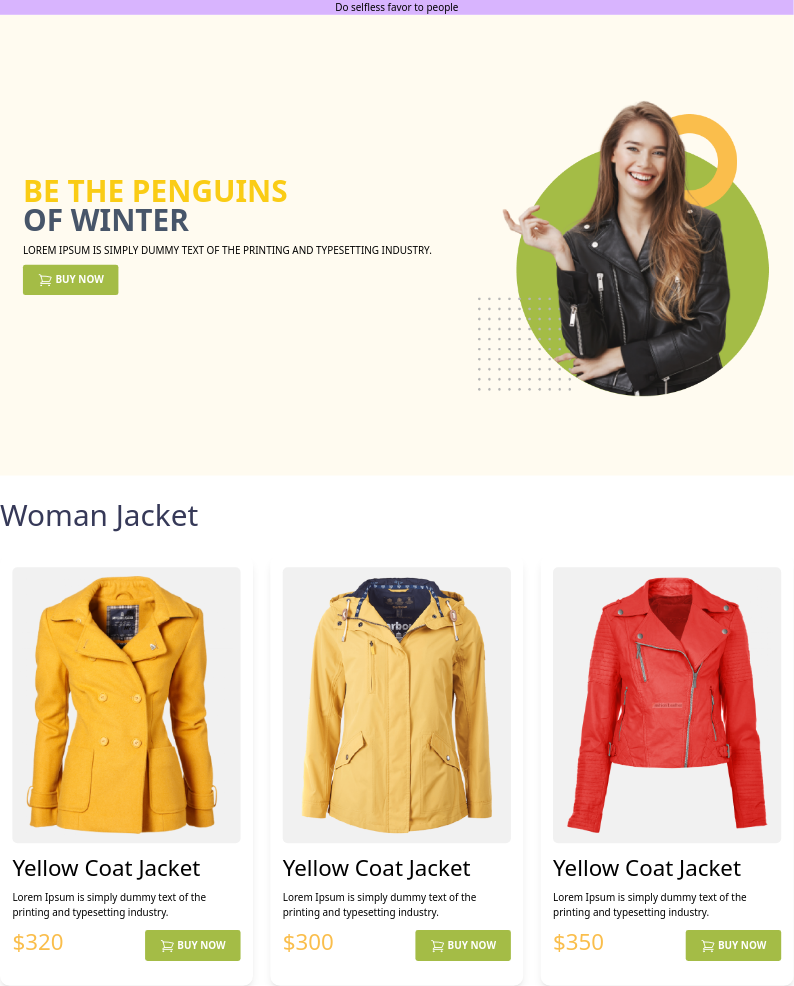
Repository: zjria/penguin-e-commerce-fashion
Page: index.html
These files come from the project's save history. The page is drawn as it stood at one moment and after the next save; the edit follows.
The browser window is 1280 px wide. The pictures show the whole page, at 62% of full size.
Some web libraries are served in a nearby version.

Above is the page before, as saved 2022-10-07 08:53:30.

### index.html
<!DOCTYPE html>
<html lang="en">

<head>
    <meta charset="UTF-8">
    <meta http-equiv="X-UA-Compatible" content="IE=edge">
    <meta name="viewport" content="width=device-width, initial-scale=1.0">
    <title>Penguin E-commerce</title>
    <!-- Google Fonts Link -->
    <link rel="preconnect" href="https://fonts.googleapis.com">
    <link rel="preconnect" href="https://fonts.gstatic.com" crossorigin>
    <link href="https://fonts.googleapis.com/css2?family=Bebas+Neue&family=Roboto:wght@100;300;400;500&display=swap"
        rel="stylesheet">

    <!-- Tailwind CSS CDN link -->
    <script src="https://cdn.tailwindcss.com"></script>
    <script>
        tailwind.config = {
            theme: {
                extend: {
                    colors: {
                        clifford: '#da373d',
                        header_bg: '#FFFBF0',
                        main_text_color: '#363958',
                        price_color: '#FABE4C',
                        card_bg: '#F1F1F1',
                        full_card_bg: '#FFFFFF'
                    }
                }
            }
        }
    </script>
</head>

<body>
    <h2 class="bg-purple-300 text-center font-header_text">Do selfless favor to people</h2>


    <!-- Header Section -->
    <header class="bg-header_bg pb-32 pt-24">
        <section class="container mx-auto uppercase sm:flex items-center justify-around">
            <div class="space-y-3">
                <h1 class="text-2xl sm:text-5xl font-bold font-header_text">
                    <span class="text-yellow-400">Be the Penguins</span> <br>
                    <span class="text-slate-600">of Winter</span>
                </h1>
                <p class="font-anther_text">Lorem Ipsum is simply dummy text of the printing
                    and typesetting industry.</p>
                <button class="uppercase bg-[#A4BC46] py-3 px-6 text-white font-semibold rounded font-anther_text"> <svg
                        xmlns="http://www.w3.org/2000/svg" fill="none" viewBox="0 0 24 24" stroke-width="1.5"
                        stroke="currentColor" class="w-6 h-6 inline text-white">
                        <path stroke-linecap="round" stroke-linejoin="round"
                            d="M2.25 3h1.386c.51 0 .955.343 1.087.835l.383 1.437M7.5 14.25a3 3 0 00-3 3h15.75m-12.75-3h11.218c1.121-2.3 2.1-4.684 2.924-7.138a60.114 60.114 0 00-16.536-1.84M7.5 14.25L5.106 5.272M6 20.25a.75.75 0 11-1.5 0 .75.75 0 011.5 0zm12.75 0a.75.75 0 11-1.5 0 .75.75 0 011.5 0z" />
                    </svg>
                    Buy Now</button>
            </div>
            <div class="pt-8 sm:pt-8">
                <img class=" w-1/2 sm:w-full" src="images/model.png" alt="">
            </div>
        </section>
    </header>

    <!-- Main Section Start -->
    <main>
        <!-- Woman Jacket -->
        <section class="container mx-auto">
            <h2 class="text-5xl my-10 text-main_text_color font-header_text">Woman Jacket</h2>
            <div class="grid md:grid-cols-2 lg:grid-cols-3 gap-7">
                <div class="full_card_bg ">
                    <div class="rounded-2xl shadow-lg p-5">
                        <div class="p-3 bg-card_bg rounded-lg">
                            <img src="images/jacket-1.png" alt="">
                        </div>
                        <div class="py-3">
                            <h3 class="text-4xl py-2">Yellow Coat Jacket</h3>
                            <p class="py-2">Lorem Ipsum is simply dummy text of the
                                printing and typesetting industry.</p>
                            <div class="flex justify-between py-2">
                                <h3 class="text-4xl text-price_color">$320</h3>
                                <button
                                    class="uppercase bg-[#A4BC46] py-3 px-6 text-white font-semibold rounded font-anther_text">
                                    <svg xmlns="http://www.w3.org/2000/svg" fill="none" viewBox="0 0 24 24"
                                        stroke-width="1.5" stroke="currentColor" class="w-6 h-6 inline text-white">
                                        <path stroke-linecap="round" stroke-linejoin="round"
                                            d="M2.25 3h1.386c.51 0 .955.343 1.087.835l.383 1.437M7.5 14.25a3 3 0 00-3 3h15.75m-12.75-3h11.218c1.121-2.3 2.1-4.684 2.924-7.138a60.114 60.114 0 00-16.536-1.84M7.5 14.25L5.106 5.272M6 20.25a.75.75 0 11-1.5 0 .75.75 0 011.5 0zm12.75 0a.75.75 0 11-1.5 0 .75.75 0 011.5 0z" />
                                    </svg>
                                    Buy Now</button>
                            </div>
                        </div>
                    </div>
                </div>
                <div class="full_card_bg ">
                    <div class="rounded-2xl shadow-lg p-5">
                        <div class="p-3 bg-card_bg rounded-lg">
                            <img src="images/jacket-2.png" alt="">
                        </div>
                        <div class="py-3">
                            <h3 class="text-4xl py-2">Yellow Coat Jacket</h3>
                            <p class="py-2">Lorem Ipsum is simply dummy text of the
                                printing and typesetting industry.</p>
                            <div class="flex justify-between py-2">
                                <h3 class="text-4xl text-price_color">$300</h3>
                                <button
                                    class="uppercase bg-[#A4BC46] py-3 px-6 text-white font-semibold rounded font-anther_text">
                                    <svg xmlns="http://www.w3.org/2000/svg" fill="none" viewBox="0 0 24 24"
                                        stroke-width="1.5" stroke="currentColor" class="w-6 h-6 inline text-white">
                                        <path stroke-linecap="round" stroke-linejoin="round"
                                            d="M2.25 3h1.386c.51 0 .955.343 1.087.835l.383 1.437M7.5 14.25a3 3 0 00-3 3h15.75m-12.75-3h11.218c1.121-2.3 2.1-4.684 2.924-7.138a60.114 60.114 0 00-16.536-1.84M7.5 14.25L5.106 5.272M6 20.25a.75.75 0 11-1.5 0 .75.75 0 011.5 0zm12.75 0a.75.75 0 11-1.5 0 .75.75 0 011.5 0z" />
                                    </svg>
                                    Buy Now</button>
                            </div>
                        </div>
                    </div>
                </div>
                <div class="full_card_bg ">
                    <div class="rounded-2xl shadow-lg p-5">
                        <div class="p-3 bg-card_bg rounded-lg">
                            <img src="images/jacket-3.png" alt="">
                        </div>
                        <div class="py-3">
                            <h3 class="text-4xl py-2">Yellow Coat Jacket</h3>
                            <p class="py-2">Lorem Ipsum is simply dummy text of the
                                printing and typesetting industry.</p>
                            <div class="flex justify-between py-2">
                                <h3 class="text-4xl text-price_color">$350</h3>
                                <button
                                    class="uppercase bg-[#A4BC46] py-3 px-6 text-white font-semibold rounded font-anther_text">
                                    <svg xmlns="http://www.w3.org/2000/svg" fill="none" viewBox="0 0 24 24"
                                        stroke-width="1.5" stroke="currentColor" class="w-6 h-6 inline text-white">
                                        <path stroke-linecap="round" stroke-linejoin="round"
                                            d="M2.25 3h1.386c.51 0 .955.343 1.087.835l.383 1.437M7.5 14.25a3 3 0 00-3 3h15.75m-12.75-3h11.218c1.121-2.3 2.1-4.684 2.924-7.138a60.114 60.114 0 00-16.536-1.84M7.5 14.25L5.106 5.272M6 20.25a.75.75 0 11-1.5 0 .75.75 0 011.5 0zm12.75 0a.75.75 0 11-1.5 0 .75.75 0 011.5 0z" />
                                    </svg>
                                    Buy Now</button>
                            </div>
                        </div>
                    </div>
                </div>


            </div>

        </section>
    </main>

</body>

</html>

After the next save:
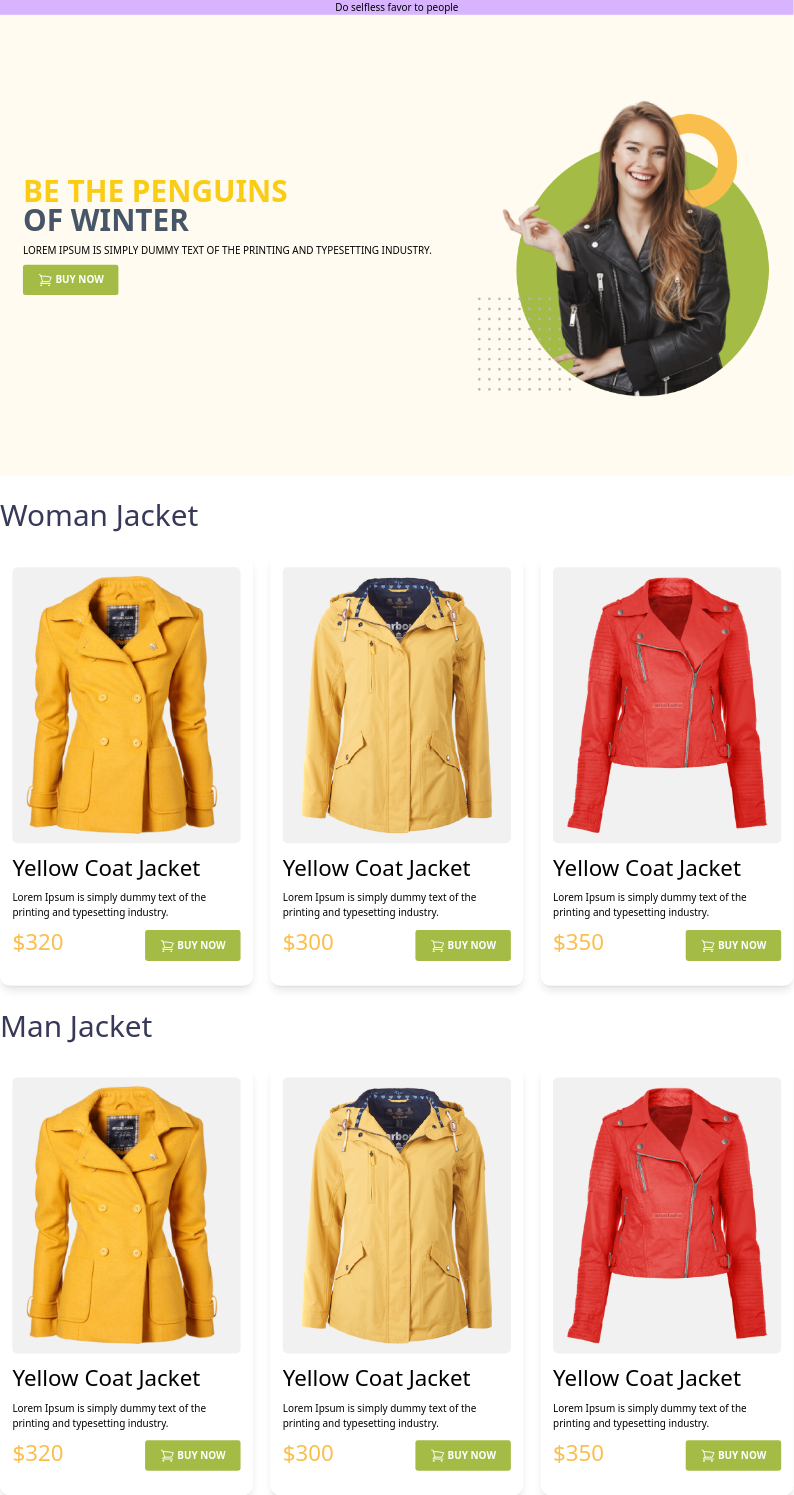
Saved 39 s later.
--- a/index.html
+++ b/index.html
@@ -140,6 +140,85 @@
             </div>
 
         </section>
+
+        <!-- Man Jacket -->
+        <section class="container mx-auto">
+            <h2 class="text-5xl my-10 text-main_text_color font-header_text">Man Jacket</h2>
+            <div class="grid md:grid-cols-2 lg:grid-cols-3 gap-7">
+                <div class="full_card_bg ">
+                    <div class="rounded-2xl shadow-lg p-5">
+                        <div class="p-3 bg-card_bg rounded-lg">
+                            <img src="images/jacket-1.png" alt="">
+                        </div>
+                        <div class="py-3">
+                            <h3 class="text-4xl py-2">Yellow Coat Jacket</h3>
+                            <p class="py-2">Lorem Ipsum is simply dummy text of the
+                                printing and typesetting industry.</p>
+                            <div class="flex justify-between py-2">
+                                <h3 class="text-4xl text-price_color">$320</h3>
+                                <button
+                                    class="uppercase bg-[#A4BC46] py-3 px-6 text-white font-semibold rounded font-anther_text">
+                                    <svg xmlns="http://www.w3.org/2000/svg" fill="none" viewBox="0 0 24 24"
+                                        stroke-width="1.5" stroke="currentColor" class="w-6 h-6 inline text-white">
+                                        <path stroke-linecap="round" stroke-linejoin="round"
+                                            d="M2.25 3h1.386c.51 0 .955.343 1.087.835l.383 1.437M7.5 14.25a3 3 0 00-3 3h15.75m-12.75-3h11.218c1.121-2.3 2.1-4.684 2.924-7.138a60.114 60.114 0 00-16.536-1.84M7.5 14.25L5.106 5.272M6 20.25a.75.75 0 11-1.5 0 .75.75 0 011.5 0zm12.75 0a.75.75 0 11-1.5 0 .75.75 0 011.5 0z" />
+                                    </svg>
+                                    Buy Now</button>
+                            </div>
+                        </div>
+                    </div>
+                </div>
+                <div class="full_card_bg ">
+                    <div class="rounded-2xl shadow-lg p-5">
+                        <div class="p-3 bg-card_bg rounded-lg">
+                            <img src="images/jacket-2.png" alt="">
+                        </div>
+                        <div class="py-3">
+                            <h3 class="text-4xl py-2">Yellow Coat Jacket</h3>
+                            <p class="py-2">Lorem Ipsum is simply dummy text of the
+                                printing and typesetting industry.</p>
+                            <div class="flex justify-between py-2">
+                                <h3 class="text-4xl text-price_color">$300</h3>
+                                <button
+                                    class="uppercase bg-[#A4BC46] py-3 px-6 text-white font-semibold rounded font-anther_text">
+                                    <svg xmlns="http://www.w3.org/2000/svg" fill="none" viewBox="0 0 24 24"
+                                        stroke-width="1.5" stroke="currentColor" class="w-6 h-6 inline text-white">
+                                        <path stroke-linecap="round" stroke-linejoin="round"
+                                            d="M2.25 3h1.386c.51 0 .955.343 1.087.835l.383 1.437M7.5 14.25a3 3 0 00-3 3h15.75m-12.75-3h11.218c1.121-2.3 2.1-4.684 2.924-7.138a60.114 60.114 0 00-16.536-1.84M7.5 14.25L5.106 5.272M6 20.25a.75.75 0 11-1.5 0 .75.75 0 011.5 0zm12.75 0a.75.75 0 11-1.5 0 .75.75 0 011.5 0z" />
+                                    </svg>
+                                    Buy Now</button>
+                            </div>
+                        </div>
+                    </div>
+                </div>
+                <div class="full_card_bg ">
+                    <div class="rounded-2xl shadow-lg p-5">
+                        <div class="p-3 bg-card_bg rounded-lg">
+                            <img src="images/jacket-3.png" alt="">
+                        </div>
+                        <div class="py-3">
+                            <h3 class="text-4xl py-2">Yellow Coat Jacket</h3>
+                            <p class="py-2">Lorem Ipsum is simply dummy text of the
+                                printing and typesetting industry.</p>
+                            <div class="flex justify-between py-2">
+                                <h3 class="text-4xl text-price_color">$350</h3>
+                                <button
+                                    class="uppercase bg-[#A4BC46] py-3 px-6 text-white font-semibold rounded font-anther_text">
+                                    <svg xmlns="http://www.w3.org/2000/svg" fill="none" viewBox="0 0 24 24"
+                                        stroke-width="1.5" stroke="currentColor" class="w-6 h-6 inline text-white">
+                                        <path stroke-linecap="round" stroke-linejoin="round"
+                                            d="M2.25 3h1.386c.51 0 .955.343 1.087.835l.383 1.437M7.5 14.25a3 3 0 00-3 3h15.75m-12.75-3h11.218c1.121-2.3 2.1-4.684 2.924-7.138a60.114 60.114 0 00-16.536-1.84M7.5 14.25L5.106 5.272M6 20.25a.75.75 0 11-1.5 0 .75.75 0 011.5 0zm12.75 0a.75.75 0 11-1.5 0 .75.75 0 011.5 0z" />
+                                    </svg>
+                                    Buy Now</button>
+                            </div>
+                        </div>
+                    </div>
+                </div>
+
+
+            </div>
+
+        </section>
     </main>
 
 </body>
